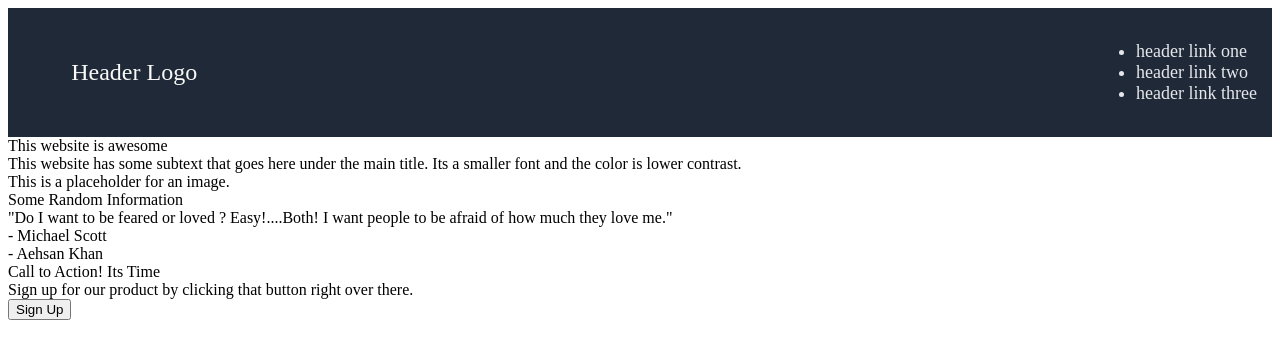
Repository: Aehsan4004/odinlandpage
Page: index.html
These files come from the project's save history. The page is drawn as it stood at one moment and after the next save; the edit follows.
The browser window is 1280 px wide. The pictures show the whole page.

Above is the page before, as saved 2025-02-10 09:20:02.

### index.html
<!DOCTYPE html>
<html lang="en">
<head>
    <meta charset="UTF-8">
    <meta name="viewport" content="width=device-width, initial-scale=1.0">
    <title>Odin Project Landing Page</title>
    <link rel="stylesheet" href="styles.css">
</head>
<body>
    <div class="one">
        <div class="logo">
            Header Logo
        </div>
        <div class="head-links">
            <ul>
                <li>header link one</li>
                <li>header link two</li>
                <li>header link three</li>
            </ul>
        </div>
    </div>

    <div class="two">
        <div class="left-box">
            <div class="title">
                This website is awesome
            </div>

            <div class="content">
                This website has some subtext that goes here under the main title. Its a smaller font and the color is lower contrast.
            </div>

        </div>
        <div class="right-box">
            This is a placeholder for an image.
        </div>

    </div>

    <div class="three">
        <div class="opt-head">
            Some Random Information
        </div>
        <div class="menu-box">
            <div class="box" id="1"></div>
            <div class="box" id="2"></div>
            <div class="box" id="3"></div>
            <div class="box" id="4"></div>
        </div>

    </div>

    <div class="four">
        <div class="quote">
            "Do I want to be feared or loved ?
             Easy!....Both!
             I want people to be afraid of how much they love me."
        </div>
        <div class="quoter"> - Michael Scott</div>
        <div class="requoter"> - Aehsan Khan</div>
    </div>

    <div class="five">
        <div class="foot-box">
            <div class="call2act">
                <div class="main"> Call to Action! Its Time</div>
                <div class="supp">Sign up for our product by clicking that button right over there.</div>
            </div>
            <button class="signup-btn">Sign Up</button>
        </div>

    </div>
</body>
</html>

### styles.css
body {
    display: flex;
    flex-direction: column;
    /* flex: 1 1 100%; */
    /* min-height: 100%; */
    /* align-items: center; */
    justify-content: center;
}

.one {
    display: flex;
    justify-content: space-between;
    align-items: center;
    background-color: #1f2937;
}

.logo {
    font-size: 24px;
    color: #f9faf8;
    margin-left: 5%;
}

.head-links {
    color: #e5e7eb;
    font-size: 18px;
    margin: 15px;
}

After the next save:
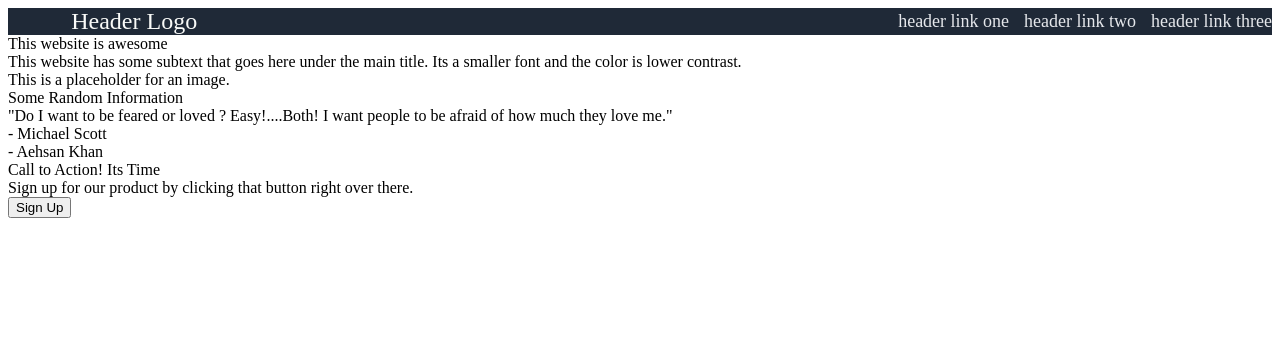
Saved 2 min 37 s later.
--- a/styles.css
+++ b/styles.css
@@ -23,5 +23,13 @@ body {
 .head-links {
     color: #e5e7eb;
     font-size: 18px;
-    margin: 15px;
+    /* margin: 15px; */
 }
+
+ul {
+    list-style: none;  /* Removes bullet points */
+    padding: 0;
+    margin: 0;
+    display: flex;  /* Makes list items appear in a row */
+    gap: 15px;  /* Adds spacing between items */
+}
